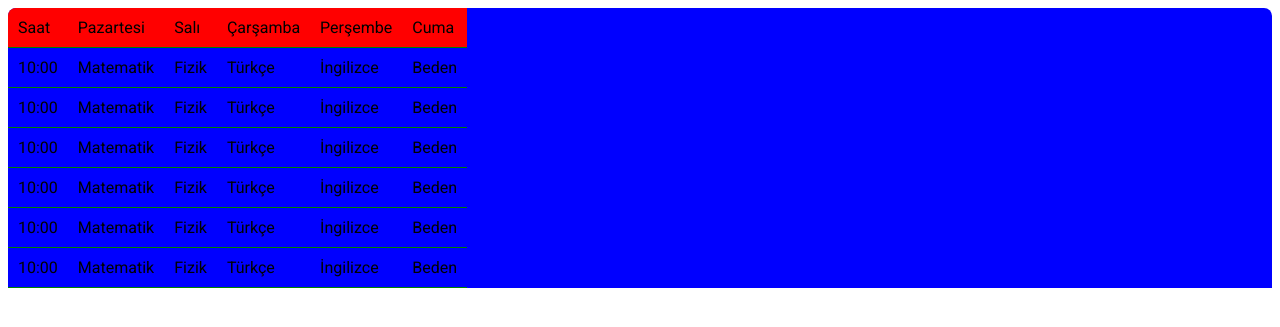
Repository: ahmetbugraozcan/css-ders-programi
Page: deneme2.html
An editor plug-in stored every save of this project. The page is shown before and after a run of saves, followed by the edit.
The browser window is 1280 px wide. The pictures show the whole page.

Above is the page before, as saved 2021-07-10 14:50:05.

After the next 3 saves:
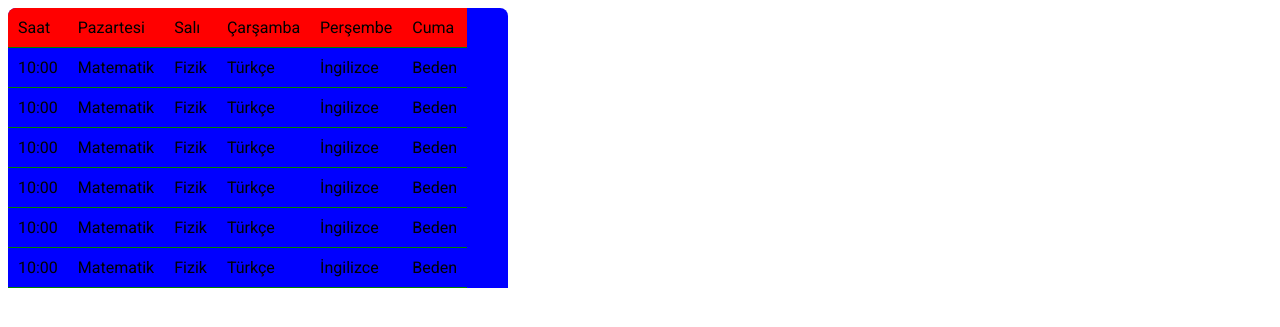
The 3 saves are shown as one change because they came seconds apart.
The last was saved 49 s later.
--- a/deneme2.html
+++ b/deneme2.html
@@ -19,13 +19,14 @@
         }
 
         .row {
+            width: 500px;
             border-radius: 8px 8px 0 0;
             overflow: hidden;
             display: flex;
             flex-wrap: nowrap;
             flex-direction: row;
             background-color: blue;
-            size: 20px;
+
         }
 
         .row>div>div {
